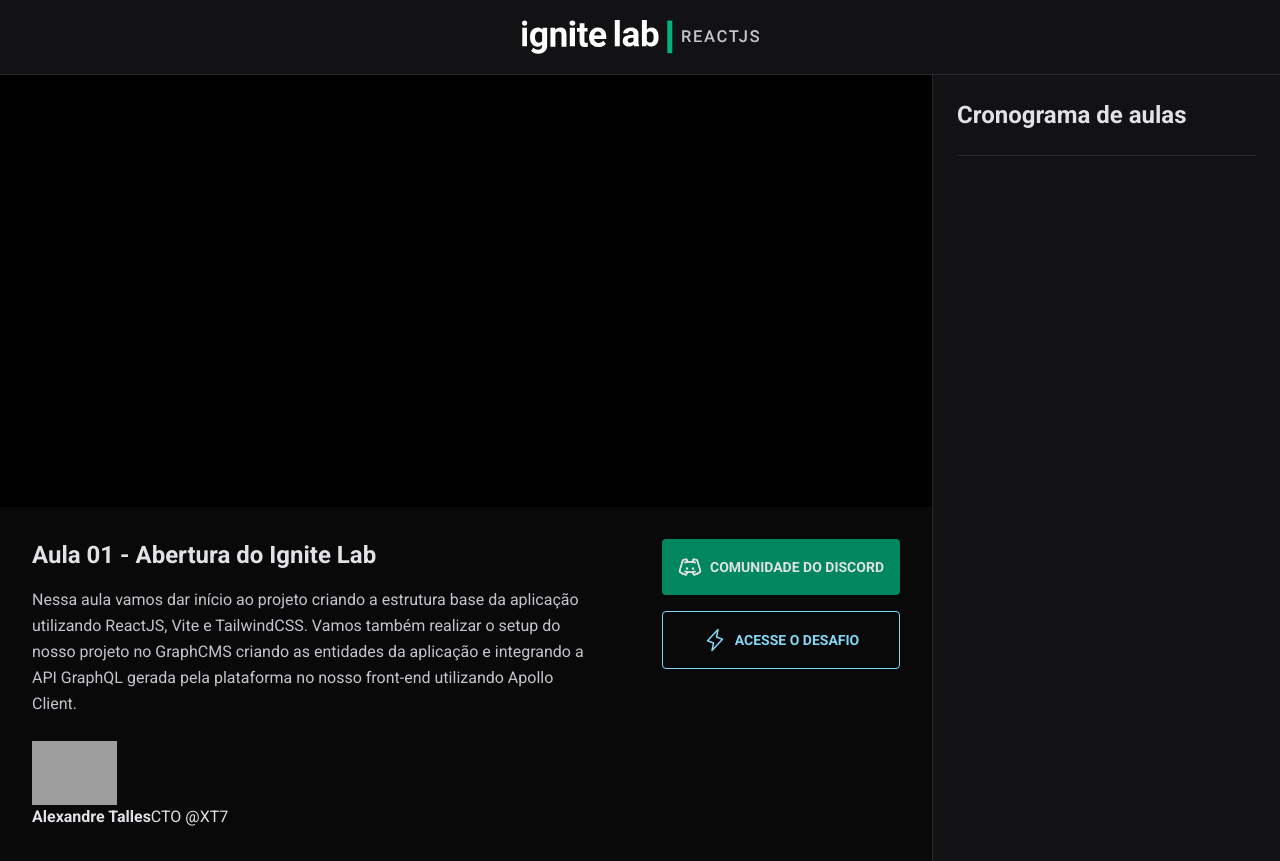
Repository: XFERRER7/Ignite-lab
Page: /
These files come from the project's save history. The page is drawn as it stood at one moment and after the next save; the edit follows.
The browser window is 1280 px wide. The pictures show the whole page.
Pictures or frames that could not be fetched are drawn as grey boxes. The page's requests for data from a server got no answer. The project was rebuilt for these pictures with package versions that can differ from the ones it lists, and the page was loaded fresh each time. No one was signed in, and anything a server would have sent is missing. Also part of the build but not shown: vite.config.ts, src/components/Lesson.tsx.

Above is the page before, as saved 2022-06-26 02:02:50.

After the next save:
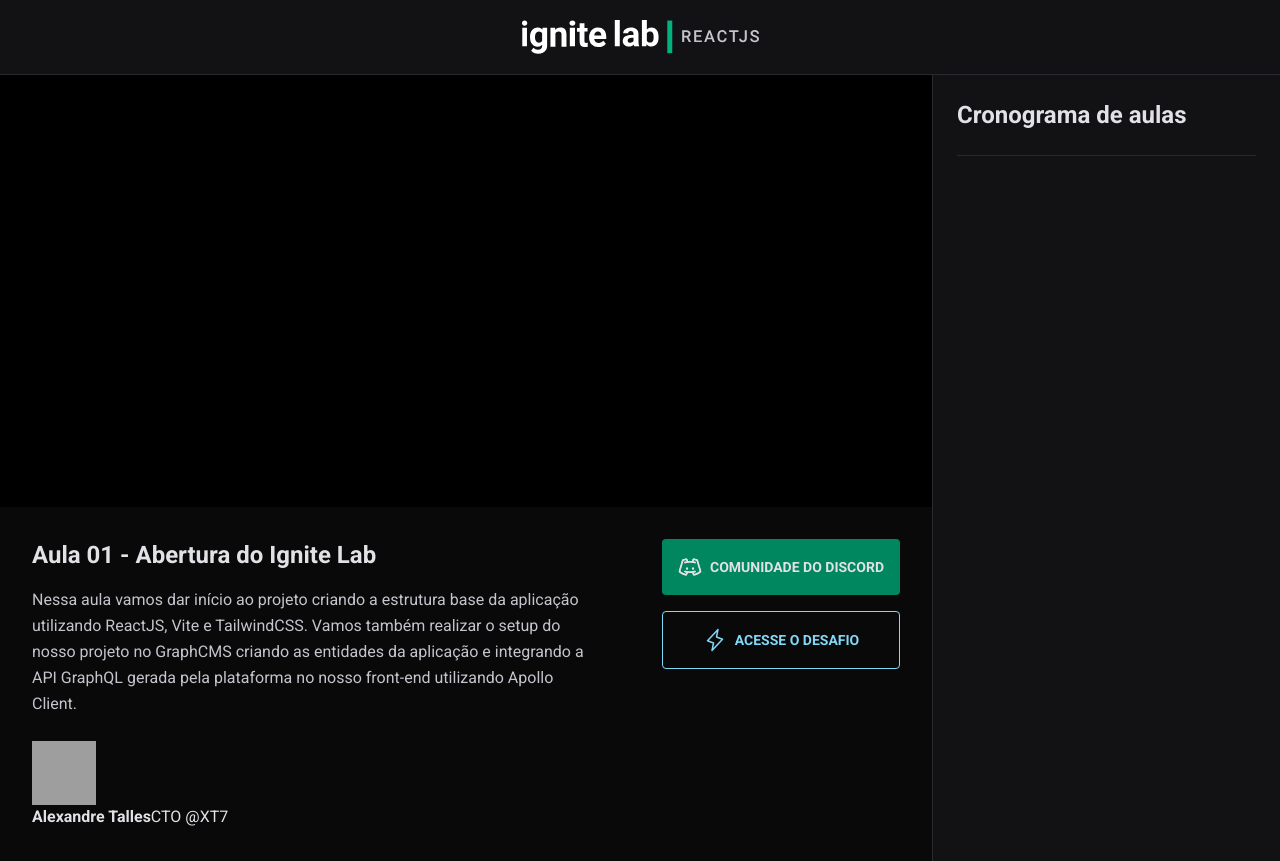
Saved 5 s later.
--- a/src/components/Video.tsx
+++ b/src/components/Video.tsx
@@ -23,7 +23,7 @@
               <img
               src="https://avatars.githubusercontent.com/u/83144784?v=4"
               alt="perfil professor"
-              className='h-16 w-15'
+              className='h-16 w-16 roude'
               />
             </div>
             <div>
